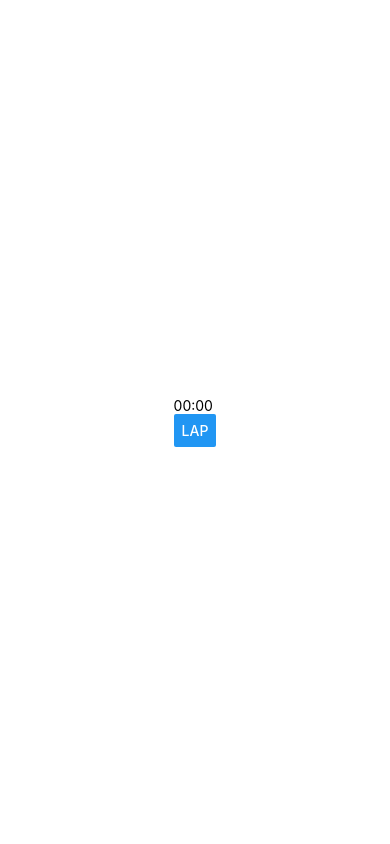
Repository: Shopify/eng-intern-assessment-react-native
Screen: /
These files come from the project's save history. The screen is drawn as it stood at one moment and after the next save; the edit follows.
The app was drawn by React Native's web renderer in a window 390 px wide. The project was rebuilt for these pictures with package versions that can differ from the ones it lists, and the page was loaded fresh each time.

Above is the screen before, as saved 2024-01-13 11:54:03.

### App.tsx
import { StatusBar } from 'expo-status-bar';
import { StyleSheet, Text, View } from 'react-native';
import StopWatch from './src/StopWatch';

export default function App() {
  return (
    <View style={styles.container}>
      <StopWatch></StopWatch>
      <StatusBar style="auto" />
    </View>
  );
}

const styles = StyleSheet.create({
  container: {
    flex: 1,
    backgroundColor: '#fff',
    alignItems: 'center',
    justifyContent: 'center',
  },
});

### src/StopWatch.tsx
// Importing necessary modules from React and React Native
import React, { useState, useEffect } from 'react';
import { Text, View, Button } from 'react-native';

// TypeScript interface for props
interface StopWatchProps {
  isRunning: boolean;
  onLap: (time: number) => void;
}

const StopWatch: React.FC<StopWatchProps> = ({ isRunning, onLap }) => {
  const [timeElapsed, setTimeElapsed] = useState<number>(0);

  useEffect(() => {
    let interval: number | undefined;

    if (isRunning) {
      interval = setInterval(() => {
        setTimeElapsed(oldTime => oldTime + 1000);
      }, 1000);
    }

    return () => {
      if (interval !== undefined) clearInterval(interval);
    };
  }, [isRunning]);

  const formatTime = (): string => {
    const seconds = Math.floor((timeElapsed / 1000) % 60);
    const minutes = Math.floor((timeElapsed / 60000) % 60);
    return `${minutes < 10 ? '0' : ''}${minutes}:${seconds < 10 ? '0' : ''}${seconds}`;
  };

  return (
    <View>
      <Text>{formatTime()}</Text>
      <Button title="Lap" onPress={() => onLap(timeElapsed)} />
    </View>
  );
};

export default StopWatch;

### src/StopWatchButton.tsx
// Importing necessary modules from React and React Native
import React from 'react';
import { Button, View } from 'react-native';

// TypeScript interface for props
interface StopWatchButtonProps {
  onStartStop: () => void;
  onReset: () => void;
  isRunning: boolean;
  timeElapsed: number;
}

const StopWatchButton: React.FC<StopWatchButtonProps> = ({ onStartStop, onReset, isRunning, timeElapsed }) => {
  return (
    <View>
      <Button title={isRunning ? 'Stop' : 'Start'} onPress={onStartStop} />
      <Button title="Reset" onPress={onReset} disabled={!isRunning && timeElapsed === 0} />
    </View>
  );
};

export default StopWatchButton;

After the next save:
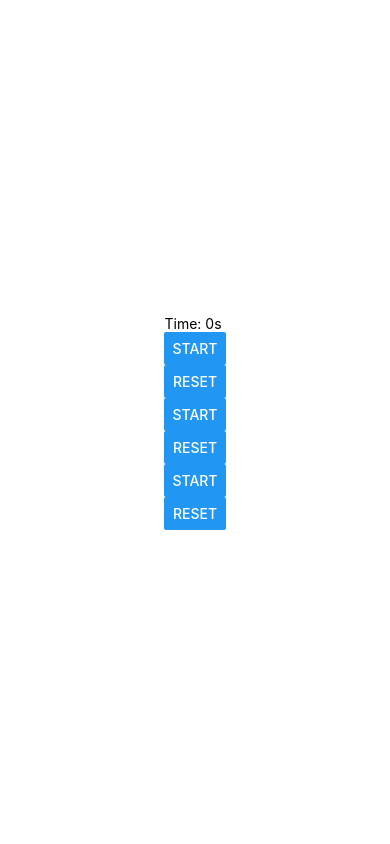
Saved 4 min 7 s later.
--- a/src/StopWatch.tsx
+++ b/src/StopWatch.tsx
@@ -1,40 +1,45 @@
-// Importing necessary modules from React and React Native
 import React, { useState, useEffect } from 'react';
-import { Text, View, Button } from 'react-native';
+import { Text, View } from 'react-native';
+import StopWatchButton from './StopWatchButton';
 
-// TypeScript interface for props
-interface StopWatchProps {
-  isRunning: boolean;
-  onLap: (time: number) => void;
-}
-
-const StopWatch: React.FC<StopWatchProps> = ({ isRunning, onLap }) => {
-  const [timeElapsed, setTimeElapsed] = useState<number>(0);
+const StopWatch = () => {
+  const [isRunning, setIsRunning] = useState(false);
+  const [timeElapsed, setTimeElapsed] = useState(0);
+  const [laps, setLaps] = useState<number[]>([]);
 
   useEffect(() => {
-    let interval: number | undefined;
-
+    let interval: NodeJS.Timeout;
     if (isRunning) {
       interval = setInterval(() => {
-        setTimeElapsed(oldTime => oldTime + 1000);
+        setTimeElapsed(prevTime => prevTime + 1); // Assuming timeElapsed is in seconds
       }, 1000);
     }
-
-    return () => {
-      if (interval !== undefined) clearInterval(interval);
-    };
+    return () => clearInterval(interval);
   }, [isRunning]);
 
-  const formatTime = (): string => {
-    const seconds = Math.floor((timeElapsed / 1000) % 60);
-    const minutes = Math.floor((timeElapsed / 60000) % 60);
-    return `${minutes < 10 ? '0' : ''}${minutes}:${seconds < 10 ? '0' : ''}${seconds}`;
+  const handleStartStop = () => {
+    setIsRunning(!isRunning);
+  };
+
+  const handleLap = () => {
+    setLaps([...laps, timeElapsed]);
+  };
+
+  const handleReset = () => {
+    setIsRunning(false);
+    setTimeElapsed(0);
+    setLaps([]);
   };
 
   return (
     <View>
-      <Text>{formatTime()}</Text>
-      <Button title="Lap" onPress={() => onLap(timeElapsed)} />
+      <Text>{`Time: ${timeElapsed}s`}</Text>
+      {laps.map((lap, index) => (
+        <Text key={index}>{`Lap ${index + 1}: ${lap}s`}</Text>
+      ))}
+      <StopWatchButton title={isRunning ? "Stop" : "Start"} onPress={handleStartStop} />
+      <StopWatchButton title="Lap" onPress={handleLap} />
+      <StopWatchButton title="Reset" onPress={handleReset} />
     </View>
   );
 };
